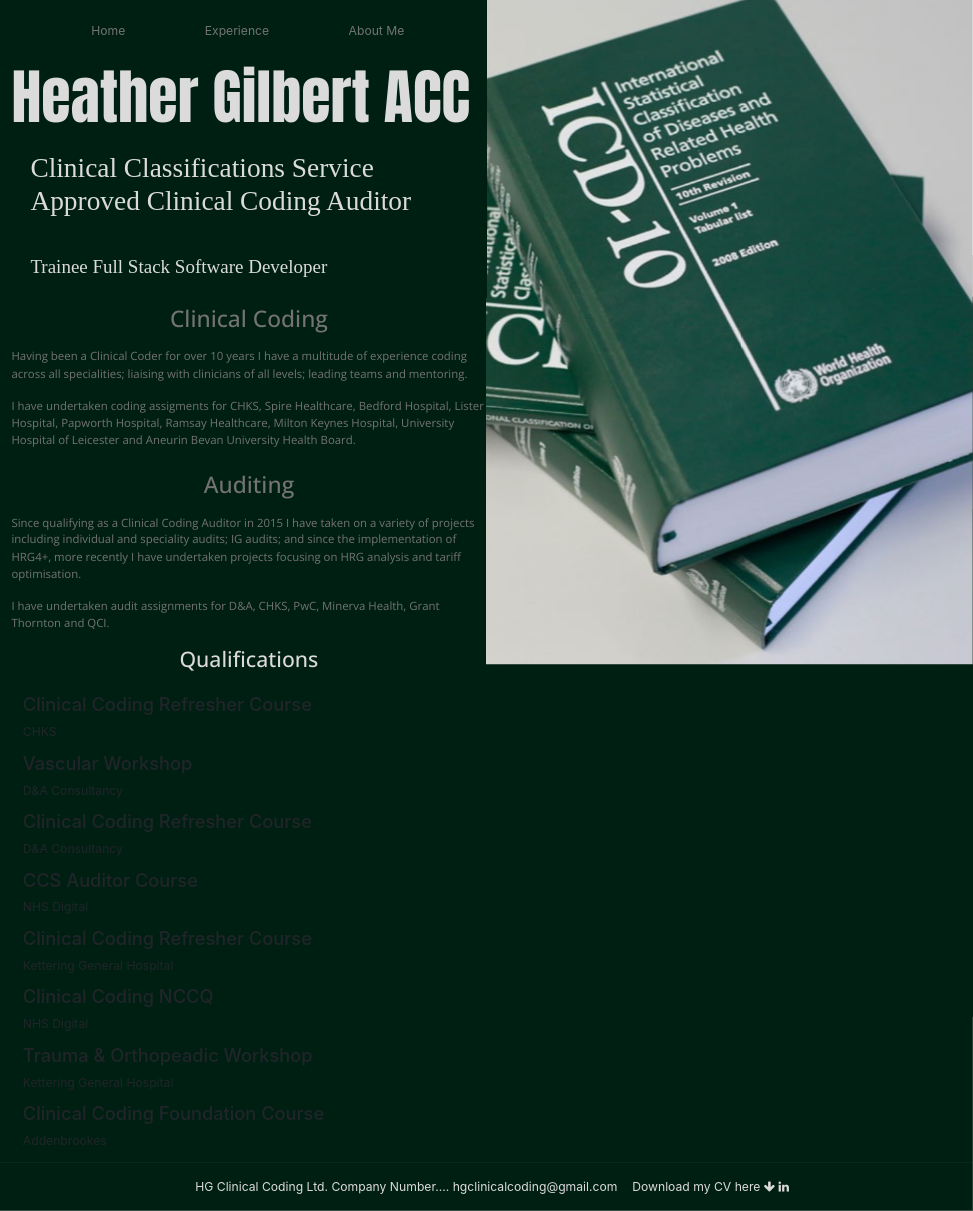
Repository: Code-Institute-Submissions/fsd-ms-project1-resume
Page: resume.html
The author's editor kept a record of every edit. The page is drawn from the files as they stood at one moment, then again after the next edit.
The browser window is 1280 px wide. The pictures show the whole page, at 76% of full size.
Some web fonts or font styles are not loaded; a fallback is used.

Above is the page before.

After the next edit:
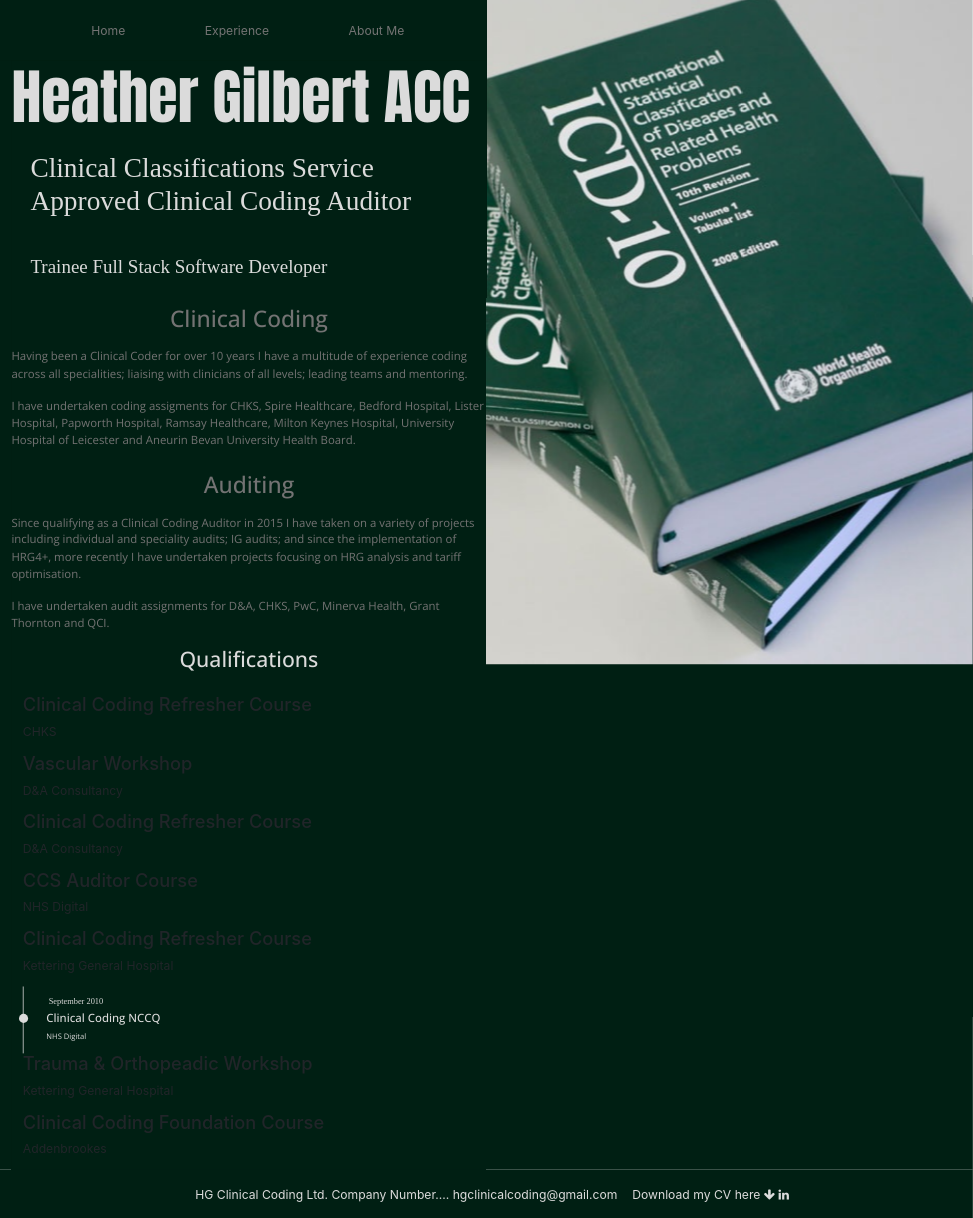
The edit:
--- a/resume.html
+++ b/resume.html
@@ -85,7 +85,7 @@
                             <h4>Clinical Coding Refresher Course</h4>
                             <p>Kettering General Hospital</p>
                         </div>
-                        <div class="timeline-item" data-dates="September 2010">
+                        <div class="timeline-data" data-dates="September 2010">
                             <h4>Clinical Coding NCCQ</h4>
                             <p>NHS Digital</p>
                         </div>
